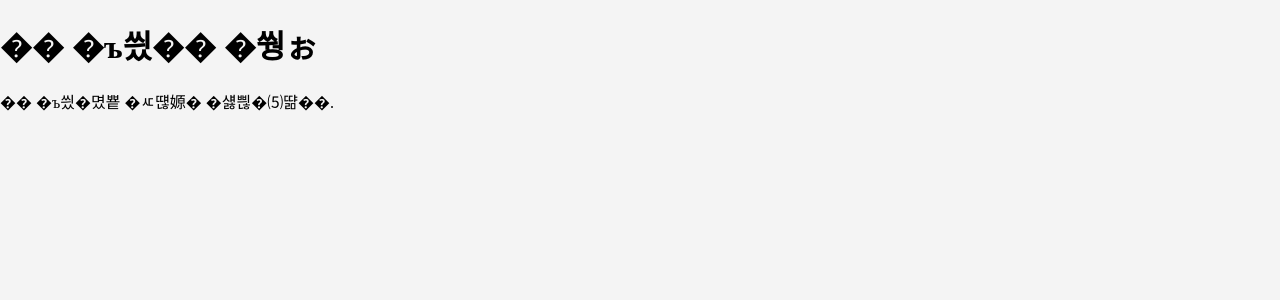
Repository: ks31030/SPRINGBOOT-WORKSPACE
Page: springboot-workplace/springTestProject-1/src/main/resources/static/Header.html
The author's editor kept a copy of each file at every save. The page is drawn from the files as they stood at one save, then again after the next save.
The browser window is 1280 px wide. The pictures show the whole page.

Above is the page before, as saved 2023-11-21 05:24:40.

### springboot-workplace/springTestProject-1/src/main/resources/static/Header.html
<!DOCTYPE html>
<html>
<head>
<meta charset="EUC-KR">
<title>머릿말</title>
</head>
<body>
	<style>
		body {
			margin: 0;
			padding: 0;
			background-color: #f4f4f4;
		}
	</style>
	<h1> 웹 사이트 제목</h1>
	<p>웹 사이트에 오신걸 환영합니다.</p>
</body>
</html>

After the next save:
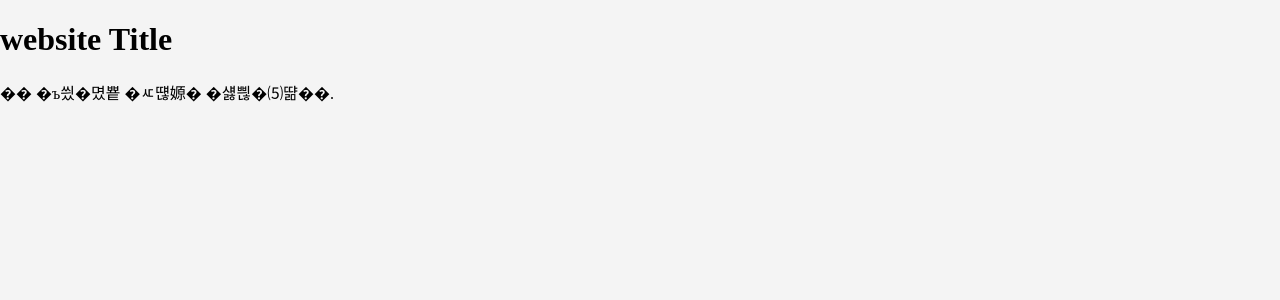
Saved 4 min 0 s later.
--- a/springboot-workplace/springTestProject-1/src/main/resources/static/Header.html
+++ b/springboot-workplace/springTestProject-1/src/main/resources/static/Header.html
@@ -12,7 +12,7 @@
 			background-color: #f4f4f4;
 		}
 	</style>
-	<h1> 웹 사이트 제목</h1>
+	<h1> website Title</h1>
 	<p>웹 사이트에 오신걸 환영합니다.</p>
 </body>
 </html>
